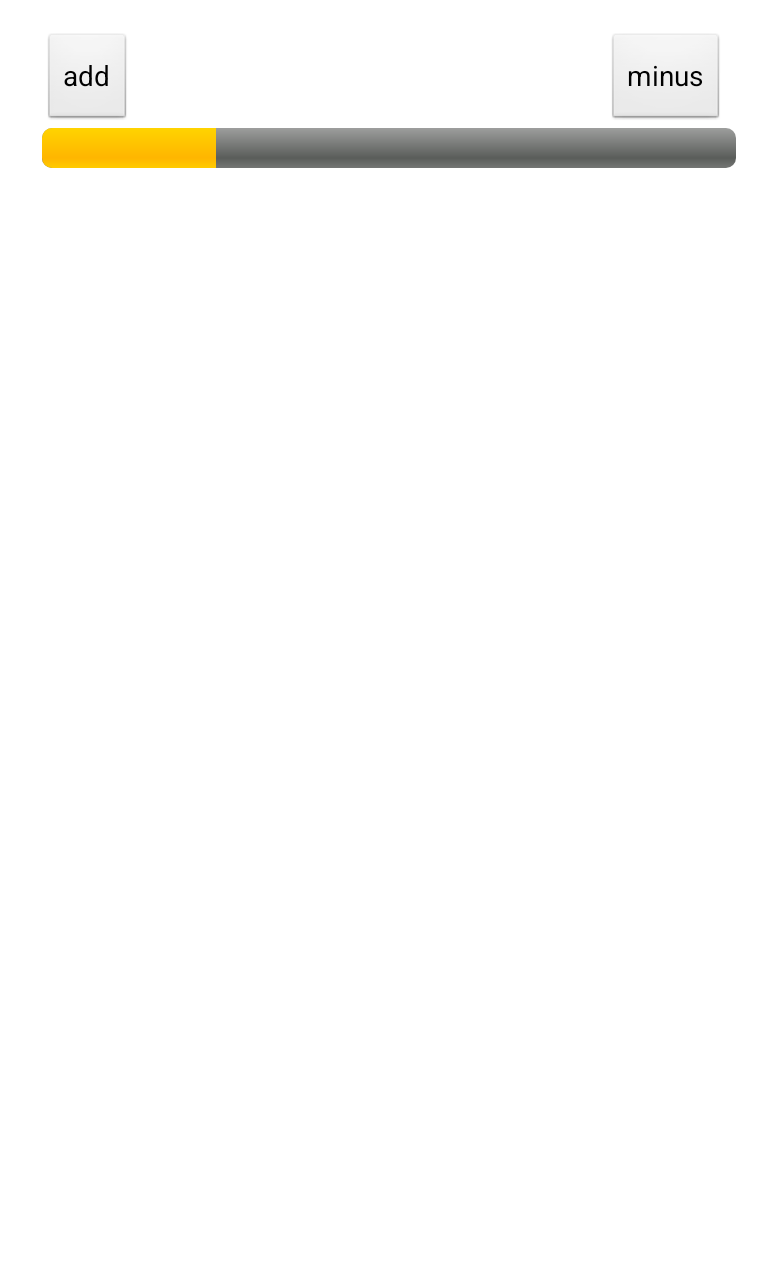
Repository: CrowleyLucky/AndroidLearningNotes
Layout: 16_MultiThreadDownloader/res/layout/activity_main.xml
An editor plug-in stored every save of this project. The layout is shown before and after the next save, followed by the edit.
It is drawn on a 768 x 1280 px phone screen (xhdpi) without system bars, with theme AppTheme; the app's code is not run.

Above is the layout before, as saved 2014-03-04 05:58:06.

After the next save:
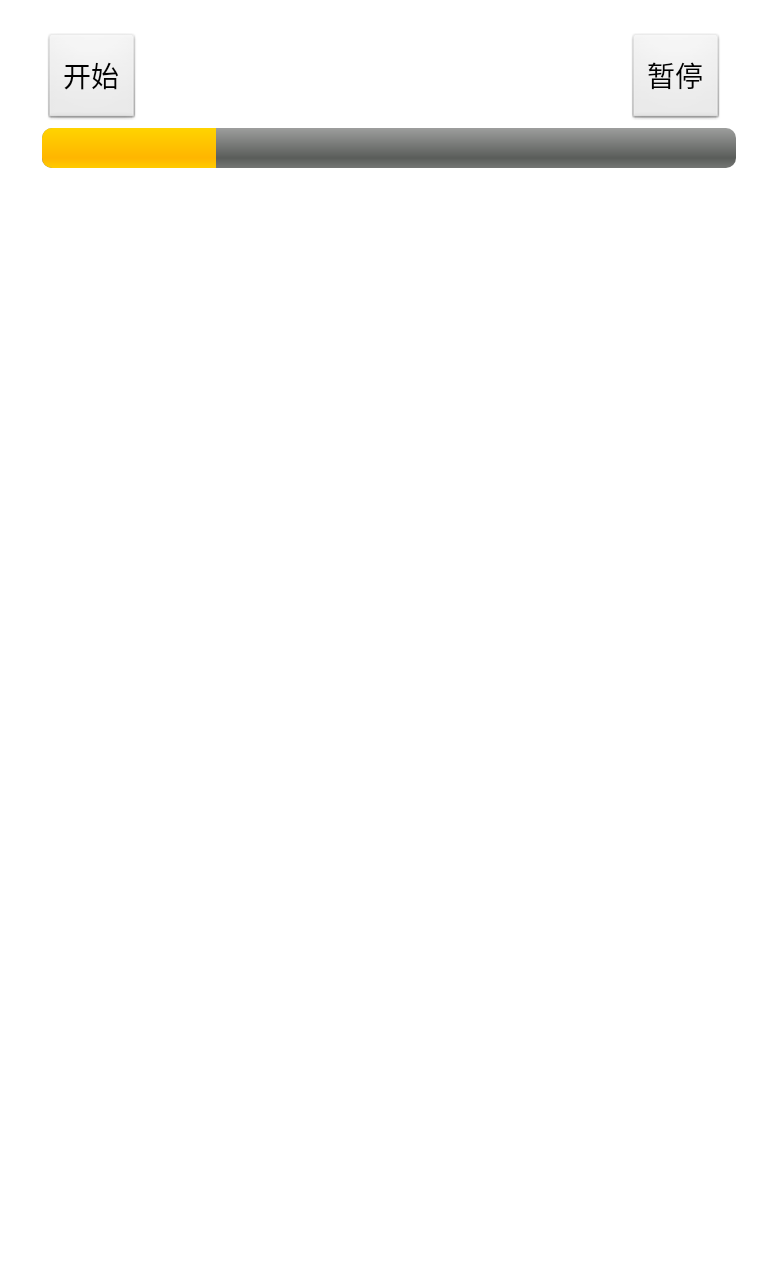
Saved 2 h 21 min later.
--- a/16_MultiThreadDownloader/res/values/strings.xml
+++ b/16_MultiThreadDownloader/res/values/strings.xml
@@ -3,7 +3,7 @@
 
     <string name="app_name">ProgressBar</string>
     <string name="action_settings">Settings</string>
-    <string name="progress_add">add</string>
-    <string name="progress_minus">minus</string>
+    <string name="progress_add">开始</string>
+    <string name="progress_minus">暂停</string>
 
 </resources>
